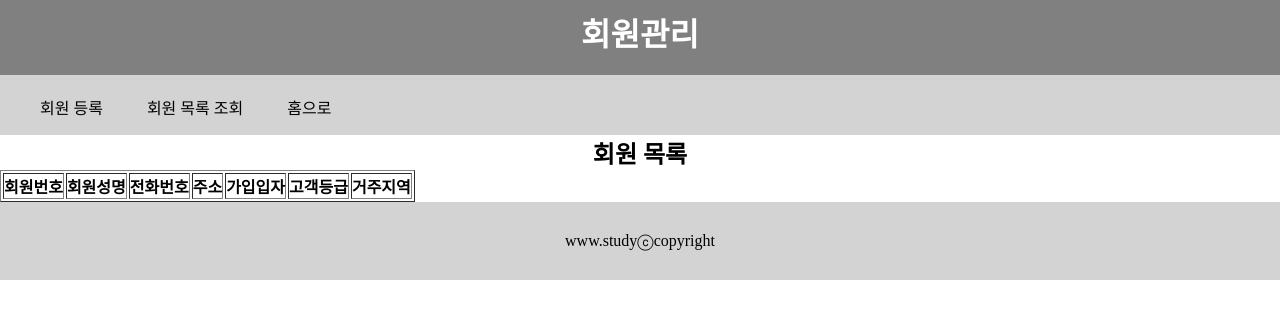
Repository: jieun000/Craftsman_Information_Processing
Page: http://localhost/00_study/memberForm.jsp
These files come from the project's save history. The page is drawn as it stood at one moment and after the next save; the edit follows.
The browser window is 1280 px wide. The pictures show the whole page.
The page is served by Tomcat 9.

Above is the page before, as saved 2023-07-02 14:04:14.

After the next save:
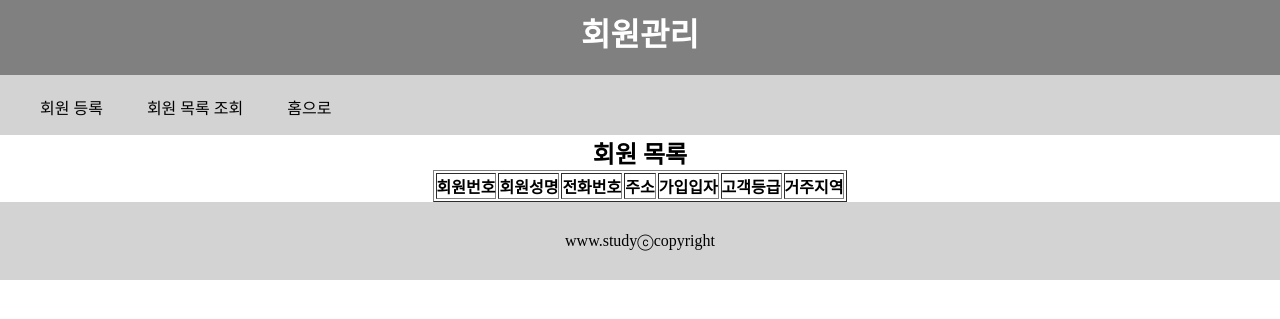
Saved 13 s later.
--- a/00_study/WebContent/memberForm.jsp
+++ b/00_study/WebContent/memberForm.jsp
@@ -10,7 +10,7 @@
 </head>
 <body>
 	<h2 style="text-align: center;">회원 목록</h2>
-	<table border="1" style="text-align: center; margin=: auto;">
+	<table border="1" style="text-align: center; margin: auto;">
 		<tr>
 			<th>회원번호</th>
 			<th>회원성명</th>
